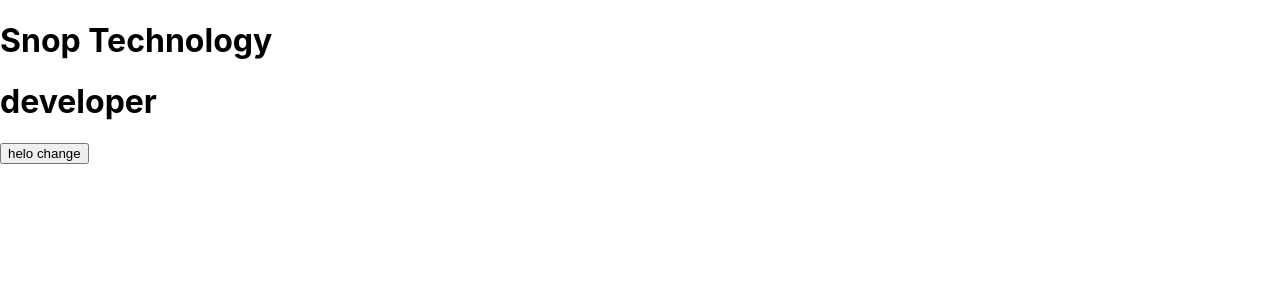
Repository: Rubin78/Firstairport
Page: /
An editor plug-in stored every save of this project. The page is shown before and after the next save, followed by the edit.
The browser window is 1280 px wide. The pictures show the whole page.
The project was rebuilt for these pictures with package versions that can differ from the ones it lists, and the page was loaded fresh each time.

Above is the page before, as saved 2021-03-12 14:46:41.

After the next save:
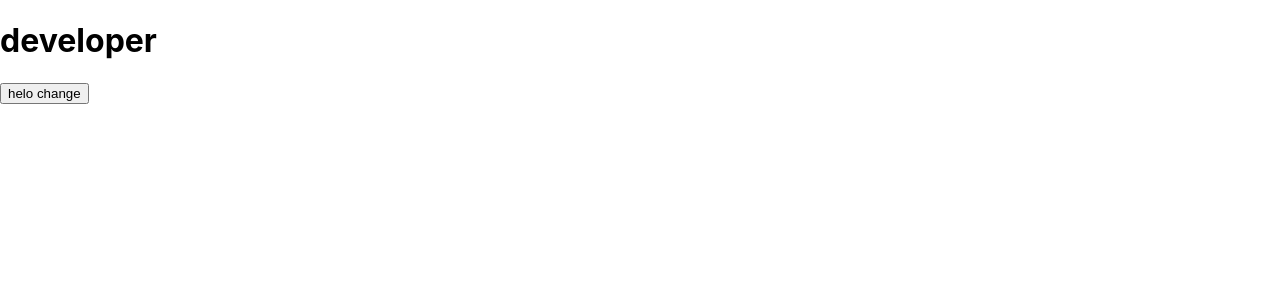
Saved 30 s later.
--- a/src/App.js
+++ b/src/App.js
@@ -508,7 +508,7 @@ export default class App extends Component {
   render() {
     return (
       <div>
-        <h1>{this.state.company}</h1>
+        <h1>{this.company}</h1>
         <h1>{this.state.profile}</h1>
         <button onClick={this.changeWords}>helo change </button>
       </div>
